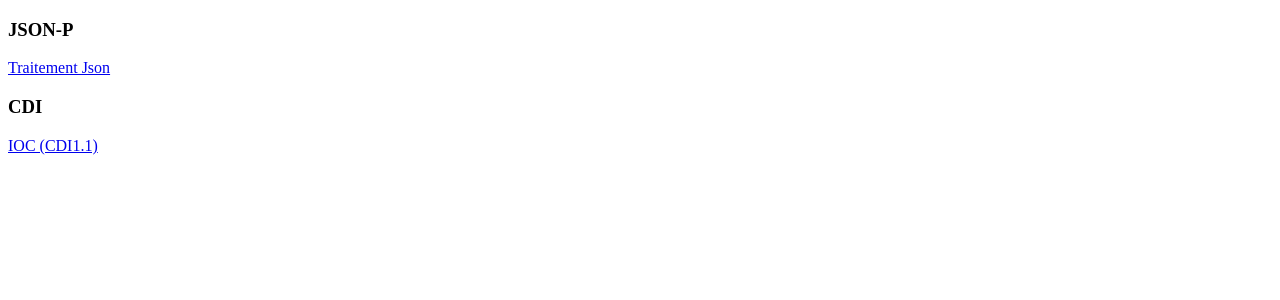
Repository: antoinebody/formationJee7
Page: http://localhost/ProjJEE7/
An editor plug-in stored every save of this project. The page is shown before and after the next save, followed by the edit.
The browser window is 1280 px wide. The pictures show the whole page.
The page is served by Tomcat 9. Nobody is signed in. The application's start-up code is not run. Other server files are loaded and not shown.

Above is the page before, as saved 2015-11-24 11:19:24.

### ProjJEE7/WebContent/index.jsp
<?xml version="1.0" encoding="UTF-8" ?>
<%@ page language="java" contentType="text/html; charset=UTF-8"
    pageEncoding="UTF-8"%>
<!DOCTYPE html>
<html lang="fr">
<head>
<meta charset="utf-8">
<title>Projet Jee7</title>
</head>
<body>
	<h3>JSON-P</h3>
	<a title="JSON-P" href="JSONController?callType=1">Traitement Json</a>
	<br/>

	<h3>CDI</h3>
	<a title="JSON-P" href="CDIControler">IOC (CDI1.1)</a>
	<br/>
</body>
</html>

After the next save:
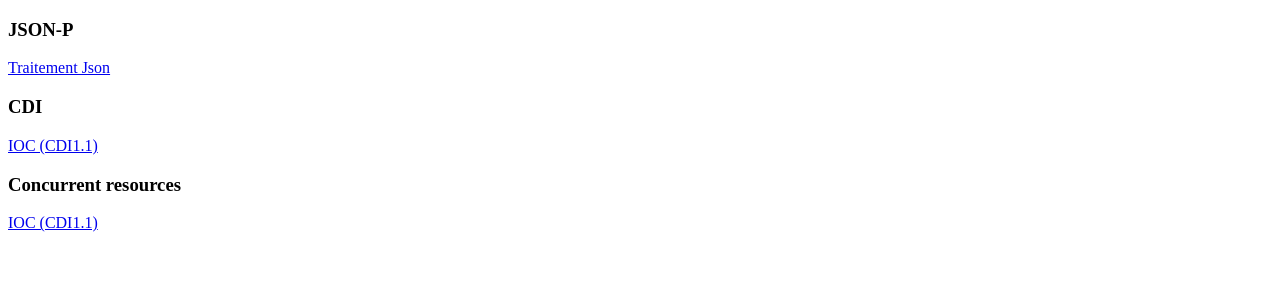
Saved 106 min 5 s later.
--- a/ProjJEE7/WebContent/index.jsp
+++ b/ProjJEE7/WebContent/index.jsp
@@ -15,5 +15,9 @@
 	<h3>CDI</h3>
 	<a title="JSON-P" href="CDIControler">IOC (CDI1.1)</a>
 	<br/>
+	<h3>Concurrent resources</h3>
+	<a title="Concurrent Resource" href="ConcurrentController">IOC (CDI1.1)</a>
+	<br/>
+
 </body>
 </html>
